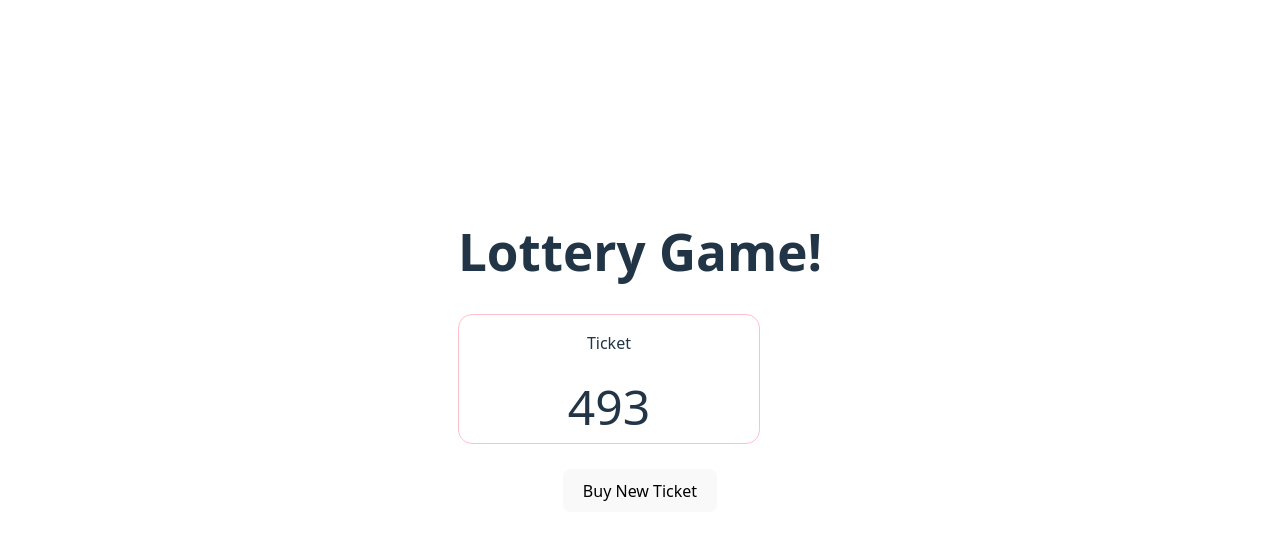
Repository: Ravikumar7210/Web_workspace
Page: / (app in React_Projects/Lottery/)
An editor plug-in stored every save of this project. The page is shown before and after the next save, followed by the edit.
The browser window is 1280 px wide. The pictures show the whole page.
The project was rebuilt for these pictures with package versions that can differ from the ones it lists, and the page was loaded fresh each time. Also part of the build but not shown: React_Projects/Lottery/vite.config.js.

Above is the page before, as saved 2025-04-07 18:03:31.

After the next save:
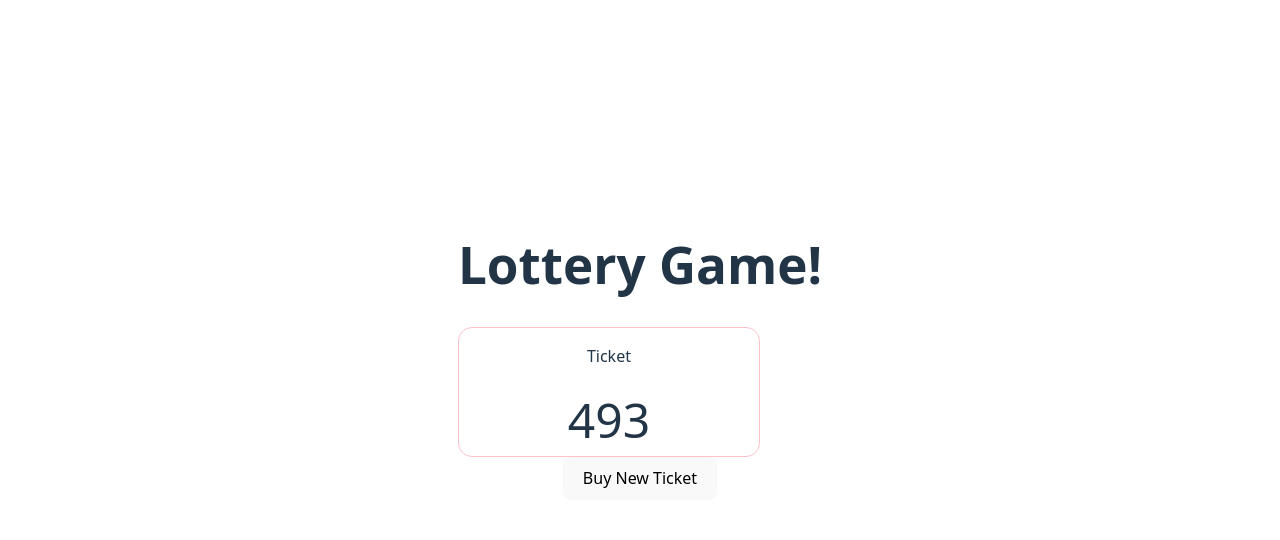
Saved 16 s later.
--- a/React_Projects/Lottery/src/Ticket.css
+++ b/React_Projects/Lottery/src/Ticket.css
@@ -2,5 +2,4 @@
     border: 1px solid pink;
     border-radius: 14px;
     width: 300px;
-    margin-bottom: 25px;
-}
+    }
